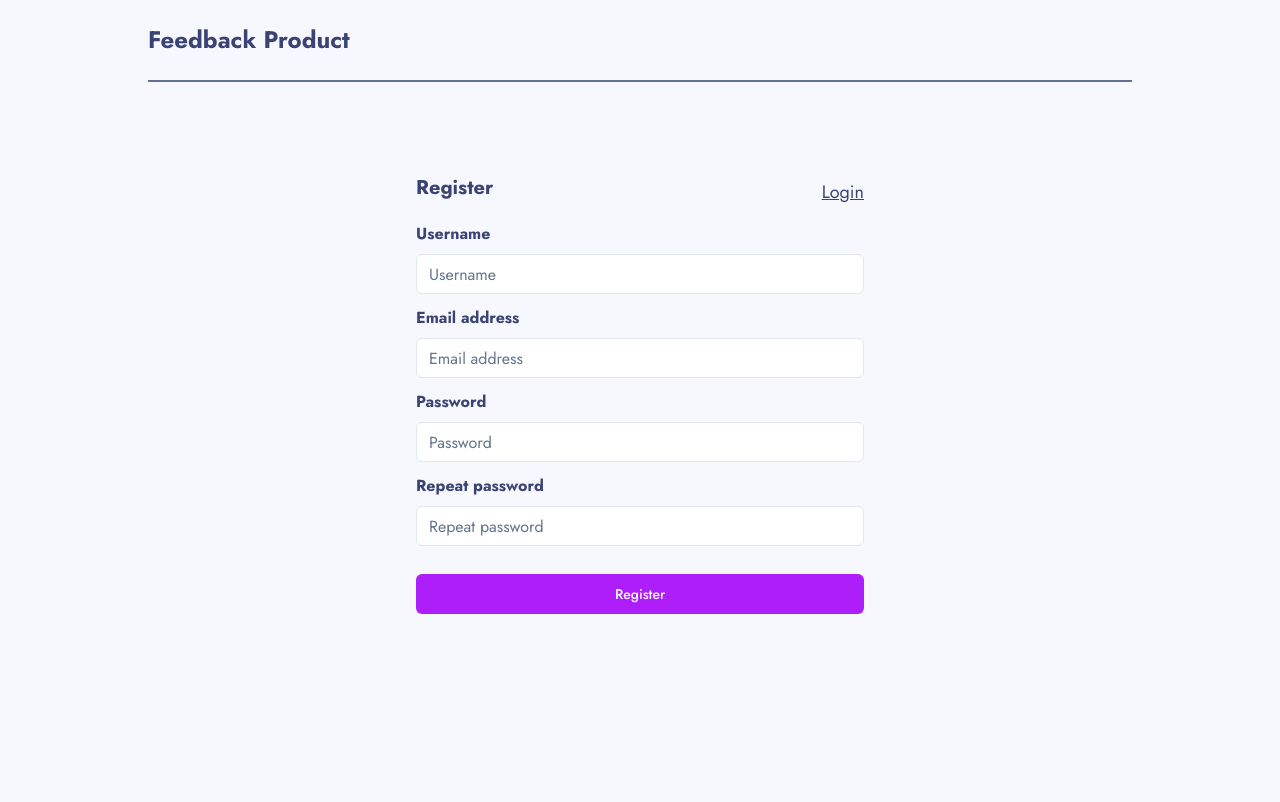
Repository: KornelJanczak/product-feedback-app
Page: /auth
An editor plug-in stored every save of this project. The page is shown before and after the next save, followed by the edit.
The browser window is 1280 px wide. The pictures show the whole page.
The page's requests for data from a server got no answer. The project was rebuilt for these pictures with package versions that can differ from the ones it lists, and the page was loaded fresh each time. The framework's server and built-in components were replaced by stand-ins that run in the browser. No one was signed in, and anything a server would have sent is missing. Also part of the build but not shown: next.config.js, next.config.mjs.

Above is the page before, as saved 2024-01-28 20:43:47.

### app/layout.tsx
import type { Metadata } from "next";
import { Jost } from "next/font/google";
import { Toaster } from "sonner";
import "./globals.css";
import { authOptions } from "@/app/api/auth/[...nextauth]/options";
import { getServerSession } from "next-auth";
import AuthProvider from "@/providers/session-provider";

export const jost = Jost({
  subsets: ["latin"],
});

export const metadata: Metadata = {
  title: "Product Feedback",
  description: "Create your own section!",
};

export default async function RootLayout({
  children,
}: Readonly<{
  children: React.ReactNode;
}>) {
  const session = await getServerSession(authOptions);

  return (
    <html lang="en">
      <body
        className={`${jost.className} bg-darkWhite`}
        suppressHydrationWarning={true}
      >
        <AuthProvider session={session}>
          <Toaster position="top-center" />
          {children}
        </AuthProvider>
      </body>
    </html>
  );
}

### app/(auth)/layout.tsx
import { ReactNode } from "react";

export default function Layout({ children }: { children: ReactNode }) {
  return (
    <>
      <header className="container pt-6 ">
        <h2 className="text-2xl font-bold pb-6 text-secondDark border-b-2 border-grey">
          Feedback Product
        </h2>
      </header>
      {children}
    </>
  );
}

### app/(auth)/auth/page.tsx
import FormAuth from "../_components/register-form";

export default function RegisterPage() {
  return <FormAuth />;
}

### app/globals.css
@tailwind base;
@tailwind components;
@tailwind utilities;

* {
  margin: 0;
  padding: 0;
}

@layer base {
  :root {
    --background: 0 0% 100%;
    --foreground: 222.2 84% 4.9%;

    --card: 0 0% 100%;
    --card-foreground: 222.2 84% 4.9%;

    --popover: 0 0% 100%;
    --popover-foreground: 222.2 84% 4.9%;

    --primary: 222.2 47.4% 11.2%;
    --primary-foreground: 210 40% 98%;

    --secondary: 210 40% 96.1%;
    --secondary-foreground: 222.2 47.4% 11.2%;

    --muted: 210 40% 96.1%;
    --muted-foreground: 215.4 16.3% 46.9%;

    --accent: 210 40% 96.1%;
    --accent-foreground: 222.2 47.4% 11.2%;

    --destructive: 0 84.2% 60.2%;
    --destructive-foreground: 210 40% 98%;

    --border: 214.3 31.8% 91.4%;
    --input: 214.3 31.8% 91.4%;
    --ring: 222.2 84% 4.9%;

    --radius: 0.5rem;
  }

  .dark {
    --background: 222.2 84% 4.9%;
    --foreground: 210 40% 98%;

    --card: 222.2 84% 4.9%;
    --card-foreground: 210 40% 98%;

    --popover: 222.2 84% 4.9%;
    --popover-foreground: 210 40% 98%;

    --primary: 210 40% 98%;
    --primary-foreground: 222.2 47.4% 11.2%;

    --secondary: 217.2 32.6% 17.5%;
    --secondary-foreground: 210 40% 98%;

    --muted: 217.2 32.6% 17.5%;
    --muted-foreground: 215 20.2% 65.1%;

    --accent: 217.2 32.6% 17.5%;
    --accent-foreground: 210 40% 98%;

    --destructive: 0 62.8% 30.6%;
    --destructive-foreground: 210 40% 98%;

    --border: 217.2 32.6% 17.5%;
    --input: 217.2 32.6% 17.5%;
    --ring: 212.7 26.8% 83.9%;
  }
}

@layer base {
  * {
    @apply border-border;
  }
  body {
    @apply bg-background text-foreground;
  }
}

### app/api/auth/[...nextauth]/options.ts
import NextAuth, { NextAuthOptions } from "next-auth";
import GithubProvider from "next-auth/providers/github";
import CredentialsProvider from "next-auth/providers/credentials";
import { PrismaAdapter } from "@next-auth/prisma-adapter";
import bcryptjs from "bcryptjs";
import prisma from "@/lib/db";

export const authOptions: NextAuthOptions = {
  adapter: PrismaAdapter(prisma),
  session: {
    strategy: "jwt",
  },
  secret: process.env.NEXTAUTH_SECRET,
  pages: {
    signIn: "/login",
  },
  providers: [
    GithubProvider({
      clientId: process.env.GITHUB_ID as string,
      clientSecret: process.env.GITHUB_SECRET as string,
    }),
    CredentialsProvider({
      name: "credentials",
      credentials: {},
      async authorize(credentials) {
        try {
          const { email, password } = credentials as {
            email: string;
            password: string;
          };

          console.log(email, password);
          const user = await prisma?.user.findFirst({
            where: {
              email,
            },
          });

          if (!user) return null;

          const passwordMatch = await bcryptjs.compare(
            password,
            user.password as string
          );

          if (!passwordMatch) return null;

          return user;
        } catch {
          return null;
        }
      },
    }),
  ],
  callbacks: {
    async signIn({ user, account }) {
      if (account?.provider == "credentials") return user;

      if (account?.provider === "github") {
        try {
          const existingUser = await prisma.user.findFirst({
            where: {
              email: user.email as string,
            },
          });

          if (existingUser) return existingUser;

          const newUser = await prisma.user.create({
            data: {
              userName: user.name!,
              email: user.email!,
            },
          });

          return newUser as any;
        } catch {
          return false;
        }
      }
    },
    async jwt({ token }) {
      const dbUser = await prisma.user.findFirst({
        where: {
          email: token.email as string,
        },
      });

      if (!dbUser) return token;

      return {
        id: dbUser.id,
        email: dbUser.email,
        name: dbUser.userName,
      };
    },

    async session({ token, session }) {
      if (token) {
        return {
          ...session,
          user: {
            email: token.email,
            name: token.name,
            id: token.id,
          },
        };
      }
      return session;
    },
    async redirect({ url, baseUrl }) {
      // if (url.startsWith("/")) return `${baseUrl}`;
      // // Allows callback URLs on the same origin
      // else if (new URL(url).origin === baseUrl) return baseUrl;
      // return baseUrl;
      return "/";
    },
  },
};

export default NextAuth(authOptions);

### providers/session-provider.tsx
"use client";
import { SessionProvider } from "next-auth/react";
import { ReactNode } from "react";
export default function AuthProvider({
  children,
  session,
}: {
  children: ReactNode;
  session: any;
}) {
  return <SessionProvider session={session}>{children}</SessionProvider>;
}

### server-actions/create-user.ts
"use server";
import { registerFormSchema } from "@/models/@auth-schema";
import prisma from "@/lib/db";
import * as z from "zod";
import bcryptjs from "bcryptjs";

type Inputs = z.infer<typeof registerFormSchema>;
export default async function createUser(values: Inputs) {
  try {
    const validateFields = registerFormSchema.safeParse(values);

    if (!validateFields.success)
      return { error: validateFields.error.flatten().fieldErrors };

    const existingUser = await prisma.user.findFirst({
      where: {
        email: values.email,
      },
    });

    if (existingUser) throw new Error("User already existing!");

    const hashPass = await bcryptjs.hash(values.password, 10);

    const user = await prisma.user.create({
      data: {
        userName: values.username,
        email: values.email,
        password: hashPass,
      },
    });
    return user;
  } catch (err) {
    throw new Error("Failed to create account!");
  }
}

### models/@auth-schema.ts
import * as z from "zod";

const validation = {
  email: z.string().email({ message: "Email must contain @ symbol." }),
  password: z
    .string()
    .min(5, { message: "Password must contain at lesat 5 symbol" })
    .regex(/[A-Z]/, {
      message: "Password must contain at least one uppercase letter.",
    })
    .regex(/[a-z]/, {
      message: "Password must contain at least one lowercase letter.",
    })
    .regex(/[0-9]/, { message: "Password must contain at least one digit." })
    .regex(/[@#$%^&+=!]/, {
      message: "Password must contain at least one special character.",
    }),
};

export const registerFormSchema = z
  .object({
    username: z.string().min(2, {
      message: "Username must be at least 2 characters.",
    }),
    ...validation,
    repeatPassword: z.string(),
  })
  .refine((data) => data.password === data.repeatPassword, {
    message: "Passwords do not match.",
  });

export const loginFormSchema = z.object({ ...validation });

### app/(auth)/_components/submit-btn.tsx
"use client";
import React from "react";
import ClipLoader from "react-spinners/ClipLoader";
import { Button } from "@/components/ui/button";
import { ReactNode } from "react";

interface SubmitBtnProps {
  className?: string;
  pending?: boolean;
  children: ReactNode;
}

const SubmitBtn: React.FC<SubmitBtnProps> = React.memo(
  ({ className, children, pending }) => {
    return (
      <Button
        className={`mt-5 w-full bg-pink hover:opacity-70 hover:bg-pink hover:transition duration-300 lg:mt-7 ${className}`}
        type="submit"
        aria-disabled={pending}
      >
        {pending ? <ClipLoader size={24} color="#3A4374" /> : children}
      </Button>
    );
  }
);

SubmitBtn.displayName = "SubmitBtn";

export default SubmitBtn;

### components/ui/form.tsx
import * as React from "react"
import * as LabelPrimitive from "@radix-ui/react-label"
import { Slot } from "@radix-ui/react-slot"
import {
  Controller,
  ControllerProps,
  FieldPath,
  FieldValues,
  FormProvider,
  useFormContext,
} from "react-hook-form"

import { cn } from "@/lib/utils"
import { Label } from "@/components/ui/label"

const Form = FormProvider

type FormFieldContextValue<
  TFieldValues extends FieldValues = FieldValues,
  TName extends FieldPath<TFieldValues> = FieldPath<TFieldValues>
> = {
  name: TName
}

const FormFieldContext = React.createContext<FormFieldContextValue>(
  {} as FormFieldContextValue
)

const FormField = <
  TFieldValues extends FieldValues = FieldValues,
  TName extends FieldPath<TFieldValues> = FieldPath<TFieldValues>
>({
  ...props
}: ControllerProps<TFieldValues, TName>) => {
  return (
    <FormFieldContext.Provider value={{ name: props.name }}>
      <Controller {...props} />
    </FormFieldContext.Provider>
  )
}

const useFormField = () => {
  const fieldContext = React.useContext(FormFieldContext)
  const itemContext = React.useContext(FormItemContext)
  const { getFieldState, formState } = useFormContext()

  const fieldState = getFieldState(fieldContext.name, formState)

  if (!fieldContext) {
    throw new Error("useFormField should be used within <FormField>")
  }

  const { id } = itemContext

  return {
    id,
    name: fieldContext.name,
    formItemId: `${id}-form-item`,
    formDescriptionId: `${id}-form-item-description`,
    formMessageId: `${id}-form-item-message`,
    ...fieldState,
  }
}

type FormItemContextValue = {
  id: string
}

const FormItemContext = React.createContext<FormItemContextValue>(
  {} as FormItemContextValue
)

const FormItem = React.forwardRef<
  HTMLDivElement,
  React.HTMLAttributes<HTMLDivElement>
>(({ className, ...props }, ref) => {
  const id = React.useId()

  return (
    <FormItemContext.Provider value={{ id }}>
      <div ref={ref} className={cn("space-y-2", className)} {...props} />
    </FormItemContext.Provider>
  )
})
FormItem.displayName = "FormItem"

const FormLabel = React.forwardRef<
  React.ElementRef<typeof LabelPrimitive.Root>,
  React.ComponentPropsWithoutRef<typeof LabelPrimitive.Root>
>(({ className, ...props }, ref) => {
  const { error, formItemId } = useFormField()

  return (
    <Label
      ref={ref}
      className={cn(error && "text-destructive", className)}
      htmlFor={formItemId}
      {...props}
    />
  )
})
FormLabel.displayName = "FormLabel"

const FormControl = React.forwardRef<
  React.ElementRef<typeof Slot>,
  React.ComponentPropsWithoutRef<typeof Slot>
>(({ ...props }, ref) => {
  const { error, formItemId, formDescriptionId, formMessageId } = useFormField()

  return (
    <Slot
      ref={ref}
      id={formItemId}
      aria-describedby={
        !error
          ? `${formDescriptionId}`
          : `${formDescriptionId} ${formMessageId}`
      }
      aria-invalid={!!error}
      {...props}
    />
  )
})
FormControl.displayName = "FormControl"

const FormDescription = React.forwardRef<
  HTMLParagraphElement,
  React.HTMLAttributes<HTMLParagraphElement>
>(({ className, ...props }, ref) => {
  const { formDescriptionId } = useFormField()

  return (
    <p
      ref={ref}
      id={formDescriptionId}
      className={cn("text-sm text-muted-foreground", className)}
      {...props}
    />
  )
})
FormDescription.displayName = "FormDescription"

const FormMessage = React.forwardRef<
  HTMLParagraphElement,
  React.HTMLAttributes<HTMLParagraphElement>
>(({ className, children, ...props }, ref) => {
  const { error, formMessageId } = useFormField()
  const body = error ? String(error?.message) : children

  if (!body) {
    return null
  }

  return (
    <p
      ref={ref}
      id={formMessageId}
      className={cn("text-sm font-medium text-destructive", className)}
      {...props}
    >
      {body}
    </p>
  )
})
FormMessage.displayName = "FormMessage"

export {
  useFormField,
  Form,
  FormItem,
  FormLabel,
  FormControl,
  FormDescription,
  FormMessage,
  FormField,
}

### components/ui/input.tsx
import * as React from "react";

import { cn } from "@/lib/utils";

export interface InputProps
  extends React.InputHTMLAttributes<HTMLInputElement> {}

const Input = React.forwardRef<HTMLInputElement, InputProps>(
  ({ className, type, ...props }, ref) => {
    return (
      <input
        type={type}
        className={cn(
          "hover:border-blue focus:border-transparent text-grey flex h-10 w-full rounded-md border border-input bg-background px-3 py-2 text-sm ring-offset-background file:border-0 file:bg-transparent file:text-sm file:font-medium placeholder:text-muted-foreground focus-visible:outline-none focus-visible:ring-2 focus-visible:ring-ring focus-visible:ring-offset-2 disabled:cursor-not-allowed disabled:opacity-50",
          className
        )}
        ref={ref}
        {...props}
      />
    );
  }
);
Input.displayName = "Input";

export { Input };

### components/ui/button.tsx
import * as React from "react";
import { Slot } from "@radix-ui/react-slot";
import { cva, type VariantProps } from "class-variance-authority";

import { cn } from "@/lib/utils";

const buttonVariants = cva(
  "inline-flex items-center justify-center whitespace-nowrap rounded-md text-sm font-medium ring-offset-background transition-colors focus-visible:outline-none focus-visible:ring-2 focus-visible:ring-ring focus-visible:ring-offset-2 disabled:pointer-events-none disabled:opacity-50",
  {
    variants: {
      variant: {
        default: "bg-primary text-primary-foreground hover:bg-primary/90",
        destructive:
          "bg-destructive text-destructive-foreground hover:bg-destructive/90",
        outline:
          "border border-input bg-background hover:bg-accent hover:text-accent-foreground",
        secondary:
          "bg-secondary text-secondary-foreground hover:bg-secondary/80",
        ghost: "hover:bg-accent hover:text-accent-foreground",
        link: "text-primary underline-offset-4 hover:underline",
      },
      size: {
        default: "h-10 px-4 py-2",
        sm: "h-9 rounded-md px-3",
        lg: "h-11 rounded-md px-8",
        icon: "h-10 w-10",
      },
    },
    defaultVariants: {
      variant: "default",
      size: "default",
    },
  }
);

export interface ButtonProps
  extends React.ButtonHTMLAttributes<HTMLButtonElement>,
    VariantProps<typeof buttonVariants> {
  asChild?: boolean;
}

const Button = React.forwardRef<HTMLButtonElement, ButtonProps>(
  ({ className, variant, size, asChild = false, ...props }, ref) => {
    const Comp = asChild ? Slot : "button";
    return (
      <Comp
        className={cn(buttonVariants({ variant, size, className }))}
        ref={ref}
        {...props}
      />
    );
  }
);
Button.displayName = "Button";

export { Button, buttonVariants };

### components/ui/label.tsx
"use client"

import * as React from "react"
import * as LabelPrimitive from "@radix-ui/react-label"
import { cva, type VariantProps } from "class-variance-authority"

import { cn } from "@/lib/utils"

const labelVariants = cva(
  "text-sm font-medium leading-none peer-disabled:cursor-not-allowed peer-disabled:opacity-70"
)

const Label = React.forwardRef<
  React.ElementRef<typeof LabelPrimitive.Root>,
  React.ComponentPropsWithoutRef<typeof LabelPrimitive.Root> &
    VariantProps<typeof labelVariants>
>(({ className, ...props }, ref) => (
  <LabelPrimitive.Root
    ref={ref}
    className={cn(labelVariants(), className, "text-secondDark font-bold")}
    {...props}
  />
))
Label.displayName = LabelPrimitive.Root.displayName

export { Label }

### tailwind.config.ts
import type { Config } from "tailwindcss";

const config = {
  darkMode: ["class"],
  content: [
    "./pages/**/*.{ts,tsx}",
    "./components/**/*.{ts,tsx}",
    "./app/**/*.{ts,tsx}",
    "./src/**/*.{ts,tsx}",
  ],
  prefix: "",
  theme: {
    container: {
      center: true,
      padding: {
        DEFAULT: "1.25rem",
        sm: "1.25rem",
        md: "1.25rem",
        lg: "2,5rem",
        xl: "2,5rem",
        "2xl": "2,5rem",
      },
      screens: {
        default: "1400px",
        sm: "640px",
        md: "768px",
        lg: "1024px",
        xl: "1280",
        "2xl": "1400px",
      },
    },
    extend: {
      backgroundImage: {
        "header-mobile": "url('/assets/suggestions/mobile/background-header.png')",
        "header-desktop": "url('/assets/suggestions/desktop/background-header.png')",
        "header-tablet": "url('/assets/suggestions/tablet/background-header.png')",
      },
      colors: {
        border: "hsl(var(--border))",
        input: "hsl(var(--input))",
        ring: "hsl(var(--ring))",
        background: "hsl(var(--background))",
        foreground: "hsl(var(--foreground))",
        primary: {
          DEFAULT: "hsl(var(--primary))",
          foreground: "hsl(var(--primary-foreground))",
        },
        secondary: {
          DEFAULT: "hsl(var(--secondary))",
          foreground: "hsl(var(--secondary-foreground))",
        },
        destructive: {
          DEFAULT: "hsl(var(--destructive))",
          foreground: "hsl(var(--destructive-foreground))",
        },
        muted: {
          DEFAULT: "hsl(var(--muted))",
          foreground: "hsl(var(--muted-foreground))",
        },
        accent: {
          DEFAULT: "hsl(var(--accent))",
          foreground: "hsl(var(--accent-foreground))",
        },
        popover: {
          DEFAULT: "hsl(var(--popover))",
          foreground: "hsl(var(--popover-foreground))",
        },
        card: {
          DEFAULT: "hsl(var(--card))",
          foreground: "hsl(var(--card-foreground))",
        },
        pink: "#AD1EFA",
        blue: "#4661E6",
        lighterBlue: "#62BCFA",
        dark: "rgb(55, 63, 104)",
        secondDark: "#3A4374",
        grey: "#647196",
        orange: "#F49F85",
        basicWhite: "#ffffff",
        middleWhite: "#F2F4FF",
        darkWhite: "#F7F8FD",
      },
      borderRadius: {
        lg: "var(--radius)",
        md: "calc(var(--radius) - 2px)",
        sm: "calc(var(--radius) - 4px)",
      },
      keyframes: {
        "accordion-down": {
          from: { height: "0" },
          to: { height: "var(--radix-accordion-content-height)" },
        },
        "accordion-up": {
          from: { height: "var(--radix-accordion-content-height)" },
          to: { height: "0" },
        },
      },
      animation: {
        "accordion-down": "accordion-down 0.2s ease-out",
        "accordion-up": "accordion-up 0.2s ease-out",
      },
    },
  },
  plugins: [require("tailwindcss-animate")],
} satisfies Config;

export default config;

Loaded but not shown: lib/db.ts (common file); lib/utils.ts (common file); app/(auth)/_components/register-form.tsx (152 lines, source omitted)

After the next save:
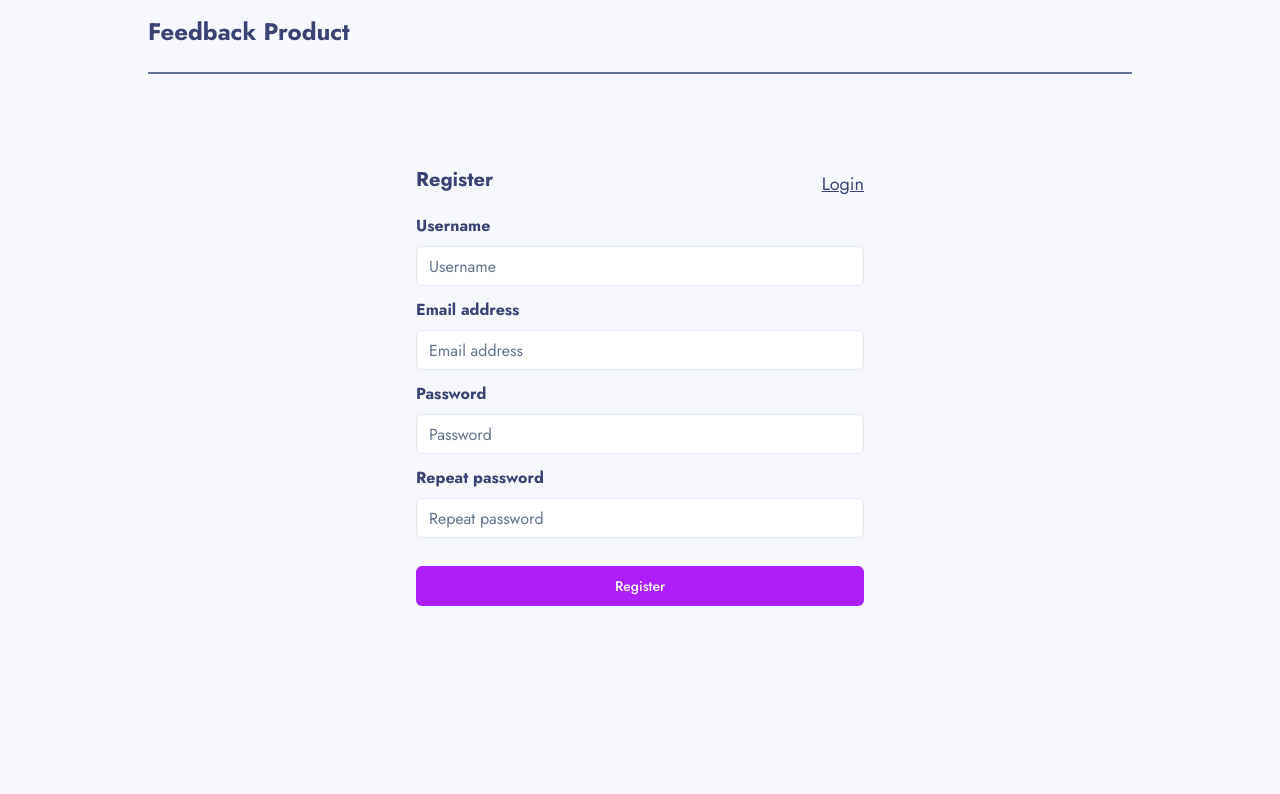
Saved 38 s later.
--- a/app/(auth)/layout.tsx
+++ b/app/(auth)/layout.tsx
@@ -3,7 +3,7 @@
 export default function Layout({ children }: { children: ReactNode }) {
   return (
     <>
-      <header className="container pt-6 ">
+      <header className="container pt-4 ">
         <h2 className="text-2xl font-bold pb-6 text-secondDark border-b-2 border-grey">
           Feedback Product
         </h2>

After the save that followed:
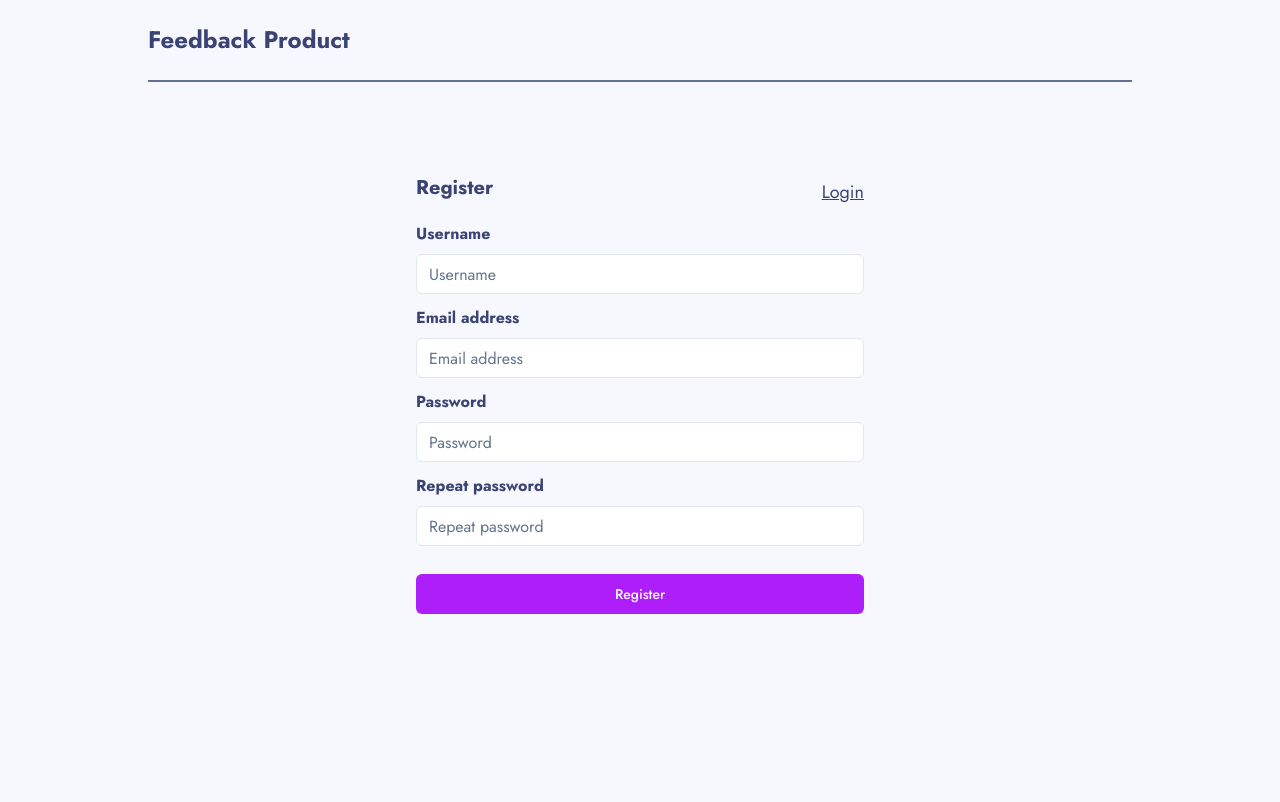
Saved 7 s later.
--- a/app/(auth)/layout.tsx
+++ b/app/(auth)/layout.tsx
@@ -3,7 +3,7 @@
 export default function Layout({ children }: { children: ReactNode }) {
   return (
     <>
-      <header className="container pt-4 ">
+      <header className="container pt-6 ">
         <h2 className="text-2xl font-bold pb-6 text-secondDark border-b-2 border-grey">
           Feedback Product
         </h2>
